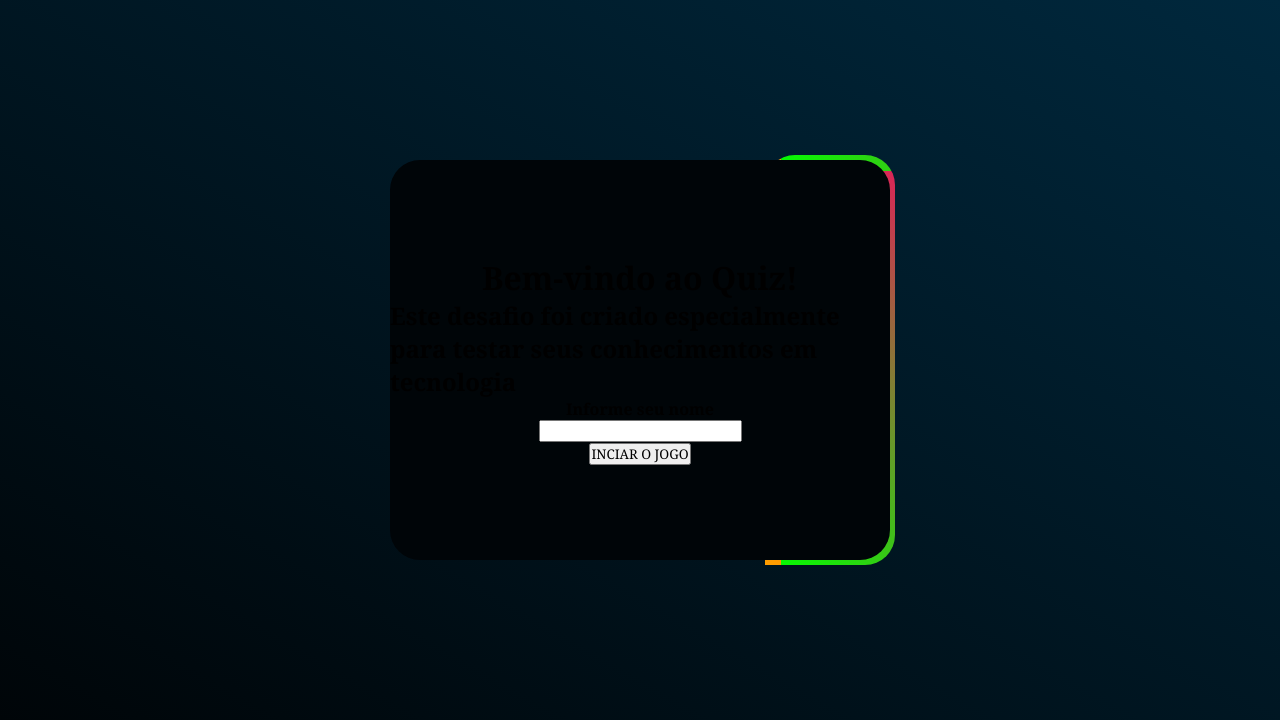
Repository: LaisSilvaO/Projeto-Quizz
Page: telas/apresentação.html
An editor plug-in stored every save of this project. The page is shown before and after the next save, followed by the edit.
The browser window is 1280 px wide. The pictures show the whole page.

Above is the page before, as saved 2024-12-25 20:33:13.

### telas/apresentação.html
<!DOCTYPE html>
<html lang="pt-br">

<head>
    <meta charset="UTF-8">
    <meta name="viewport" content="width=device-width, initial-scale=1.0">
    <title>Quiz</title>
    <link rel="stylesheet" href="../img/tela.css">
</head>

<body>
    <div class="box1">
        <div class="box2">
            <H1> Bem-vindo ao Quiz!</H1>

            <h2>Este desafio foi criado especialmente para testar seus conhecimentos em tecnologia


            </h2>
            <h4>Informe seu nome </h4>
            <input type="text" id="nome">
            <A href="index.html">
                <h4><button>INCIAR O JOGO</button></h4>
            </A>
        </div>
    </div>

</body>

</html>

### img/tela.css
* {
  margin: 0;
  padding: 0;
  box-sizing: border-box;
  font-family: Cambria, Cochin, Georgia, Times, 'Times New Roman', serif;
}

body {
  height: 100vh;
  display: flex;
  justify-content: center;
  align-items: center;
  background: linear-gradient(210deg, #00283d, #000508);
}

main {
  background-color: white;
  padding: 10px;
  border-radius: 10px;
  width: 100%;
  max-width: 600px;
  min-height: 400px;
  display: flex;
  justify-content: center;
  align-items: center;
}

.box1{
  position: relative;
  width: 510px;
  height: 410px;

  border-radius: 30px;
  display: flex;
  justify-content: center;
  align-items: center;
  flex-direction: column;
  overflow: hidden;

}
.box2 {
  position: relative;
  width: 500px;
  height: 400px;
  background-color: #000508;
  border-radius: 30px;
  display: flex;
  justify-content: center;
  align-items: center;
  flex-direction: column;
  overflow: hidden;
}

/* Borda animada externa */
.box1::before {
  content: '';
  position: absolute;
  top: 0;
  left: 0;
  width: 100%;
  height: 100%;
  border-radius: 30px;
  border: 16px solid transparent; /* Espessura da borda aumentada */
  background-image: linear-gradient(45deg, #00ff00, #ff0066, #0066ff, #ffcc00, hsl(15, 100%, 50%));
  background-size: 400%; /* Aumenta o tamanho da animação da borda */
  animation: borderAnimation 4s linear infinite;
  z-index: -1; /* Garante que a borda fique atrás do conteúdo */
}

@keyframes borderAnimation {
  0% {
    top: 0px;
    left: 0px;
}
25% {
    top: 0px;
    left: 380px; /* Canto superior direito */
}
50% {
    top: 380px;
    left: 380px; /* Canto inferior direito */
}
75% {
    top: 380px;
    left: 0px; /* Canto inferior esquerdo */
}
100% {
    top: 0px;
    left: 0px;  /* Retorna ao canto superior esquerdo */
}
}

After the next save:
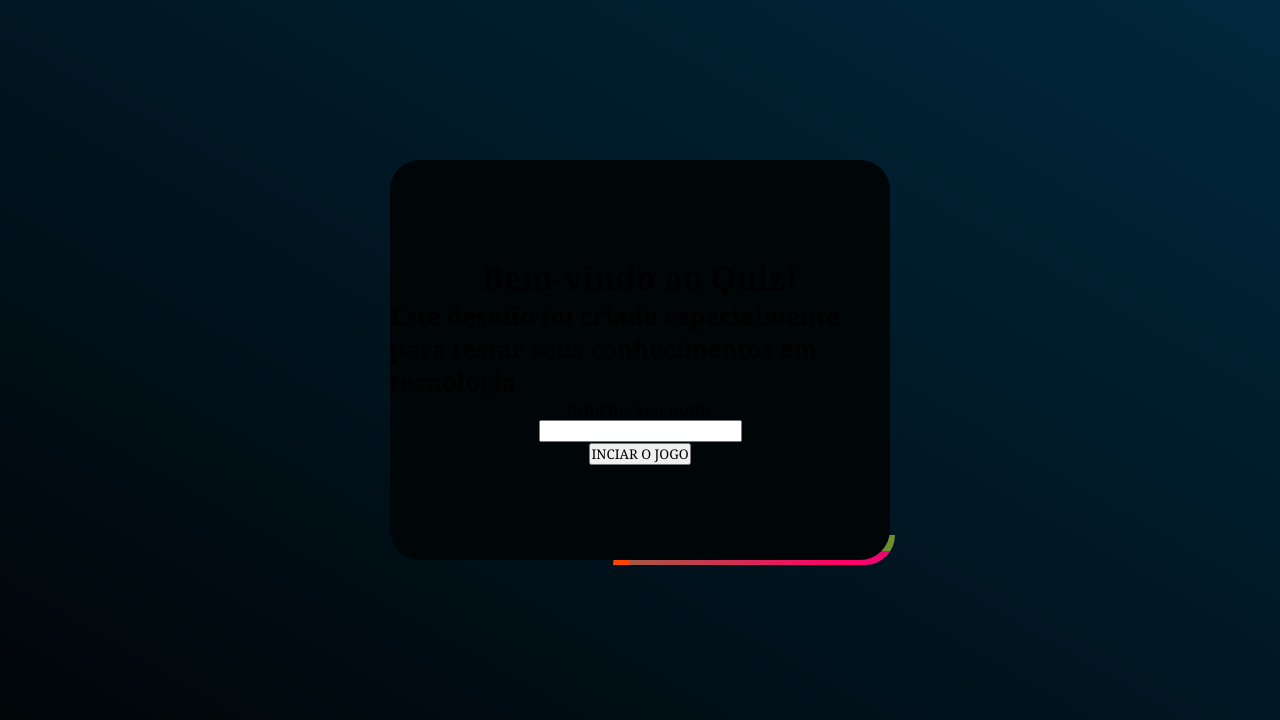
Saved 20 min 24 s later.
--- a/img/tela.css
+++ b/img/tela.css
@@ -63,7 +63,7 @@ main {
   border: 16px solid transparent; /* Espessura da borda aumentada */
   background-image: linear-gradient(45deg, #00ff00, #ff0066, #0066ff, #ffcc00, hsl(15, 100%, 50%));
   background-size: 400%; /* Aumenta o tamanho da animação da borda */
-  animation: borderAnimation 4s linear infinite;
+  animation: borderAnimation 5s linear 2s infinite alternate;
   z-index: -1; /* Garante que a borda fique atrás do conteúdo */
 }
 
